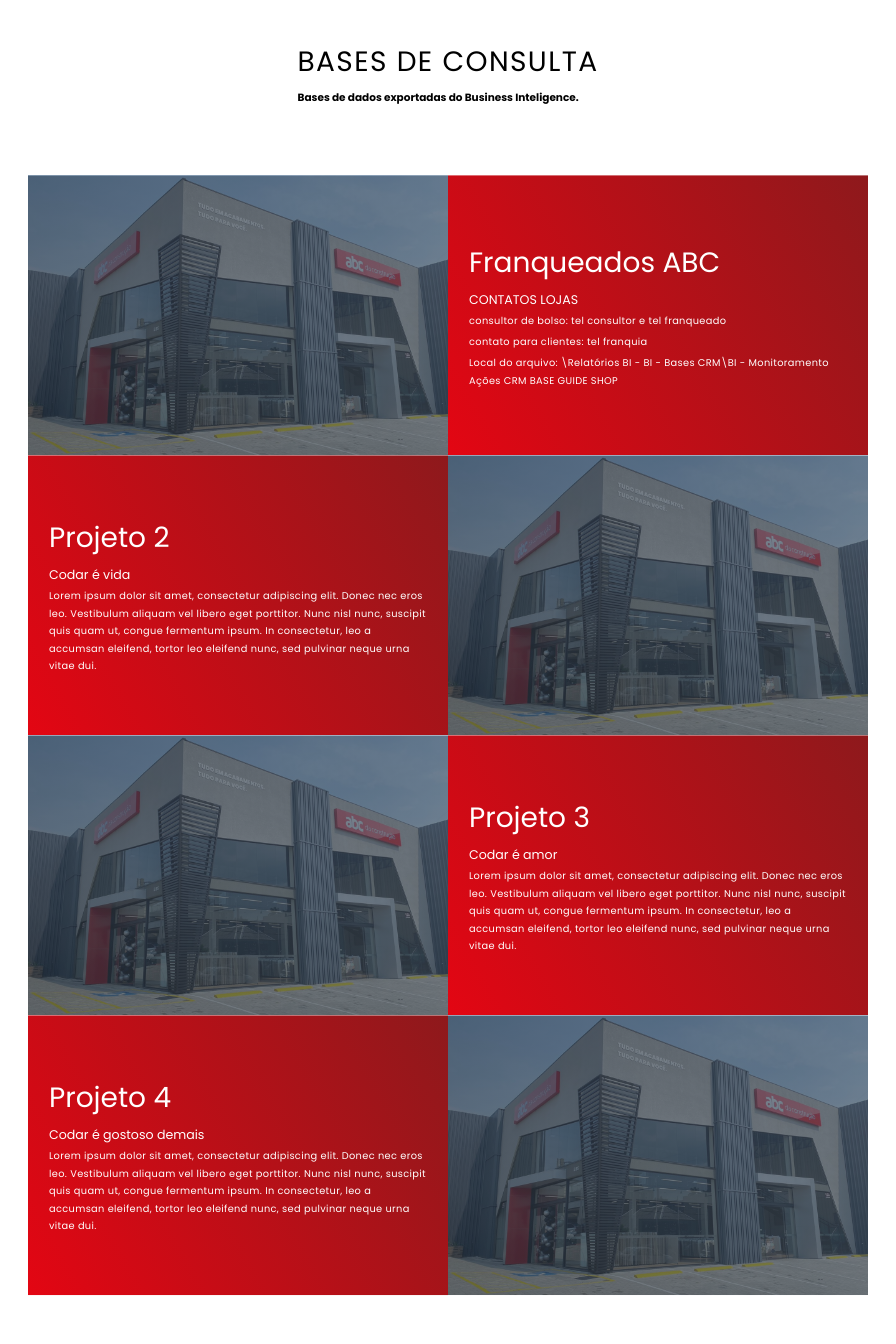
Repository: douglasabnovato/apresentacao
Page: index.html
These files come from the project's save history. The page is drawn as it stood at one moment and after the next save; the edit follows.
The browser window is 1280 px wide. The pictures show the part of the page from y = 1966 to 3886 px (the page is 13502 px tall), at 70% of full size.

Above is the page before, as saved 2025-01-14 16:57:20.

After the next save:
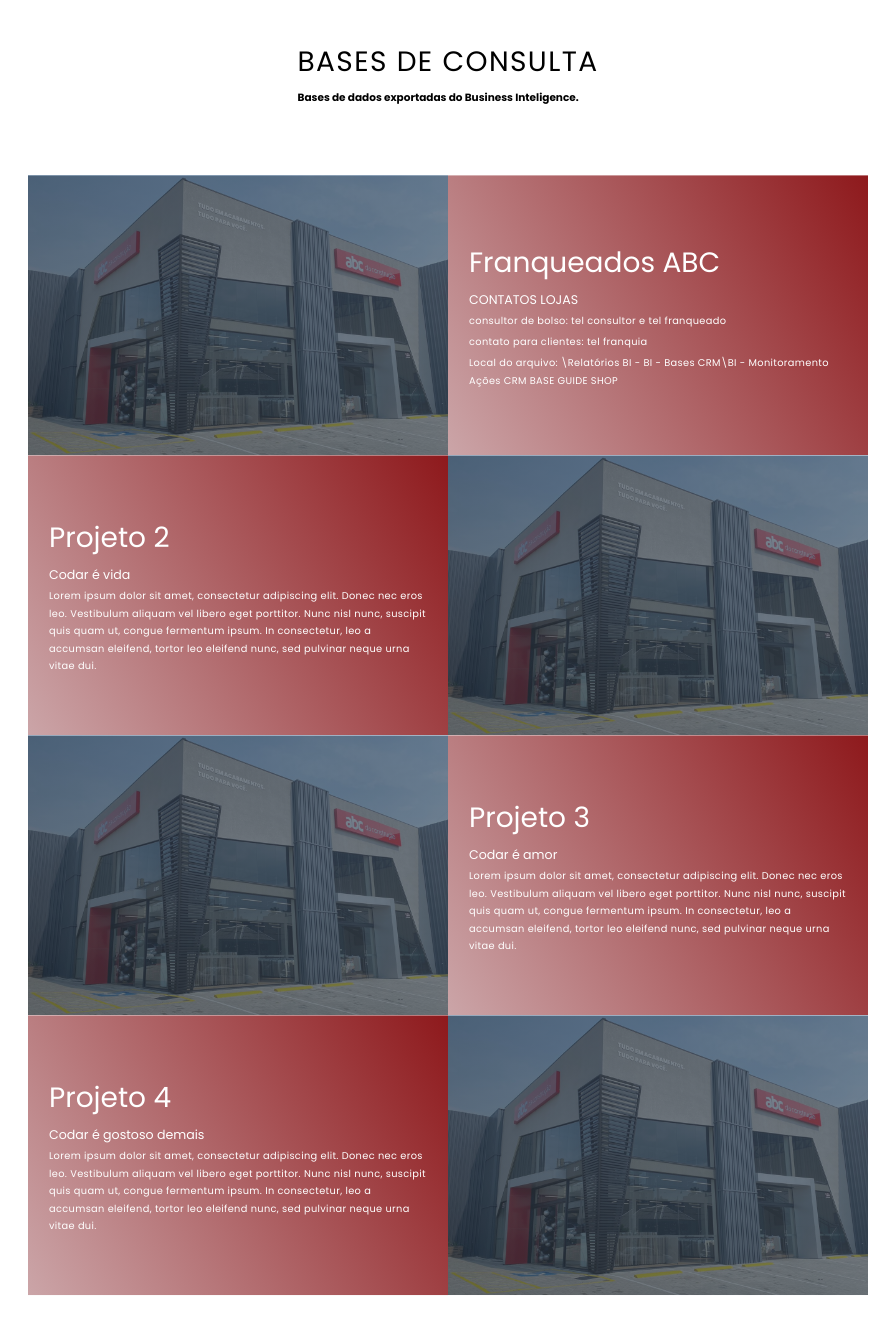
Saved 67 s later.
--- a/style.css
+++ b/style.css
@@ -278,7 +278,7 @@ p {
   align-items: flex-start;
   justify-content: center;
   flex-direction: column;
-  background-image: linear-gradient(60deg, #E30613 0%, #8E191C 100%);
+  background-image: linear-gradient(60deg, #cba5a8 0%, #8E191C 100%);
   color: white;
 }
 
